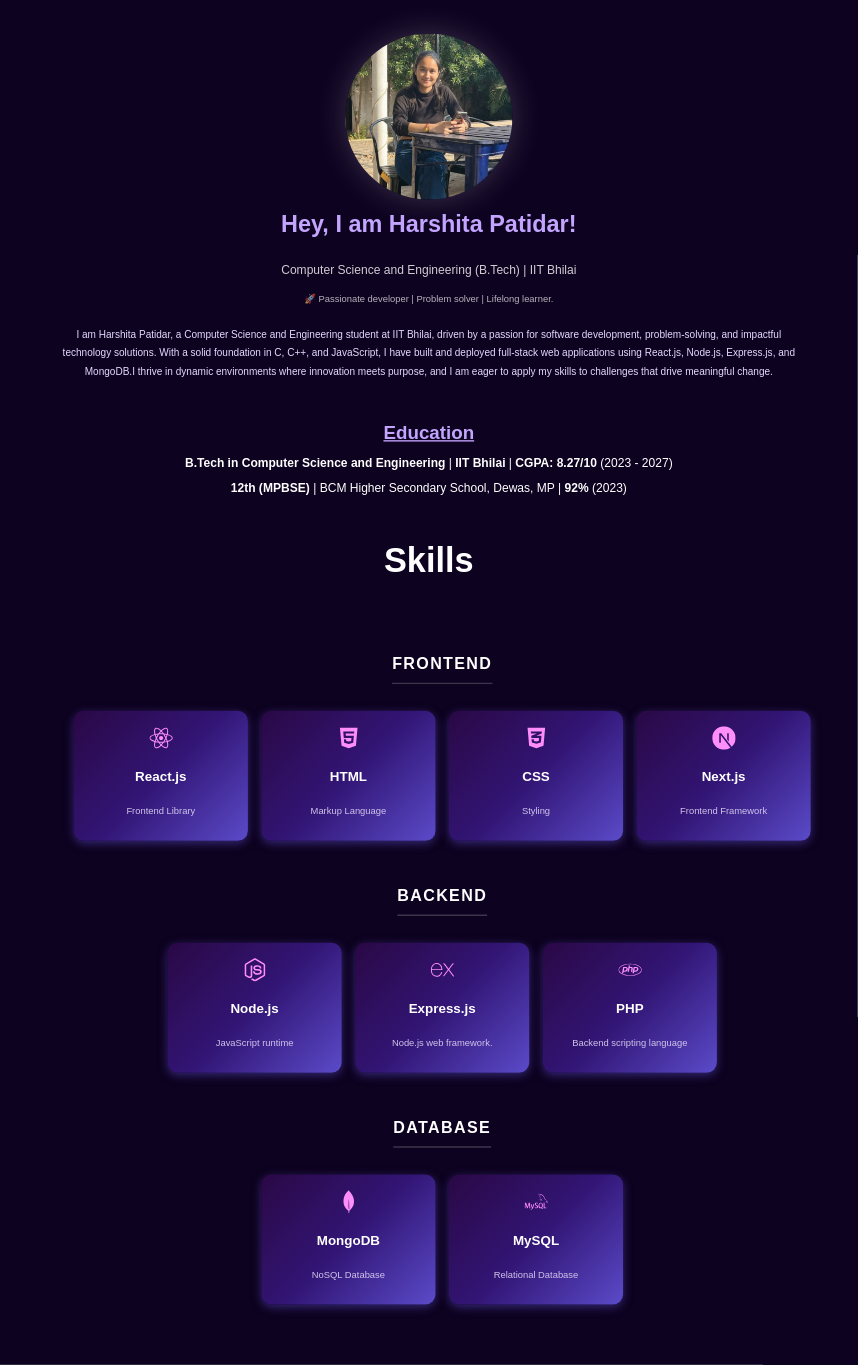
Repository: harshitap1305/Portfolio
Page: /
The author's editor kept a copy of each file at every save. The page is drawn from the files as they stood at one save, then again after the next save.
The browser window is 1280 px wide. The pictures show the whole page, at 67% of full size.
The project was rebuilt for these pictures with package versions that can differ from the ones it lists, and the page was loaded fresh each time. Also part of the build but not shown: vite.config.js.

Above is the page before, as saved 2025-03-27 19:21:04.

After the next save:
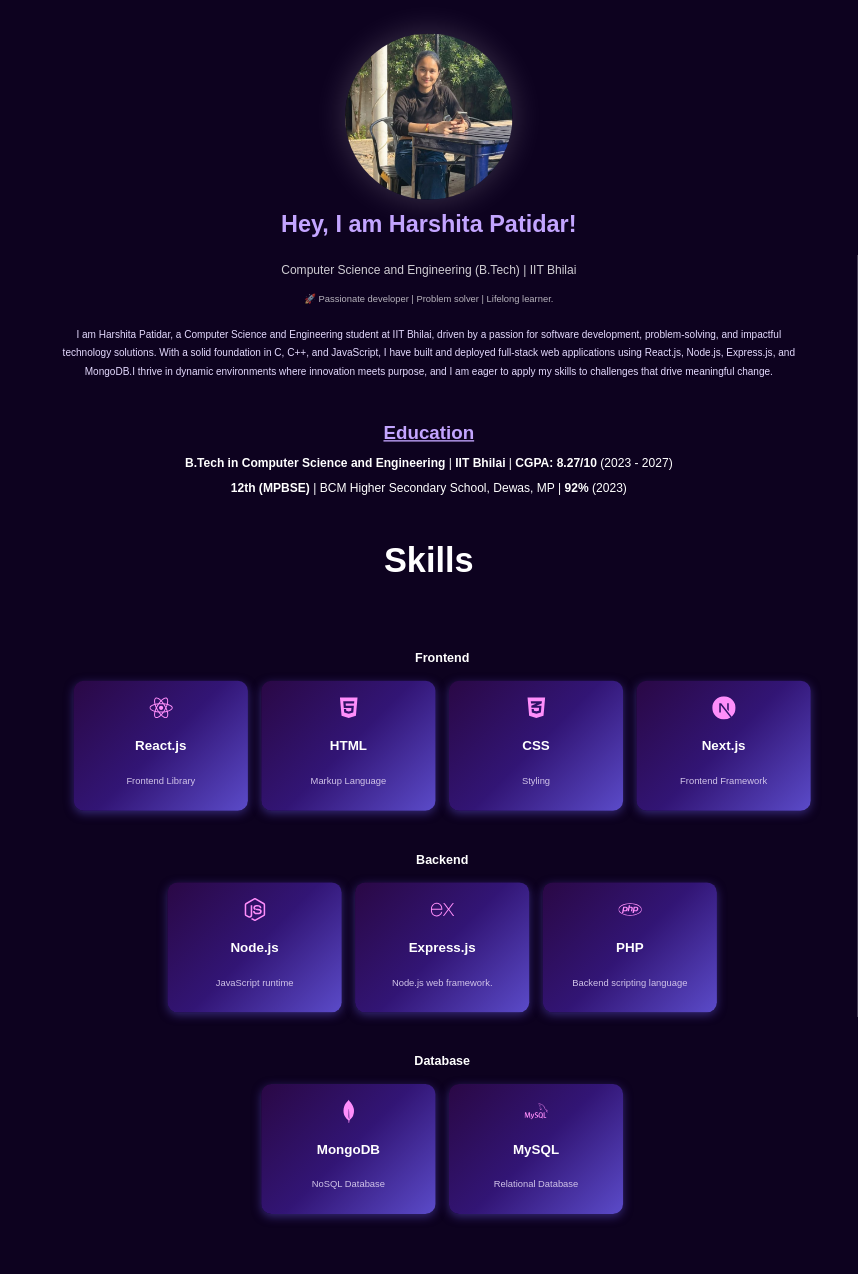
Saved 33 s later.
--- a/src/App.css
+++ b/src/App.css
@@ -111,7 +111,7 @@
   justify-content: center;
 }
 
-.skill-category {
+.skill-category, {
   font-size: 24px;
   font-weight: bold;
   color: #fff;

After the 2 saves that followed:
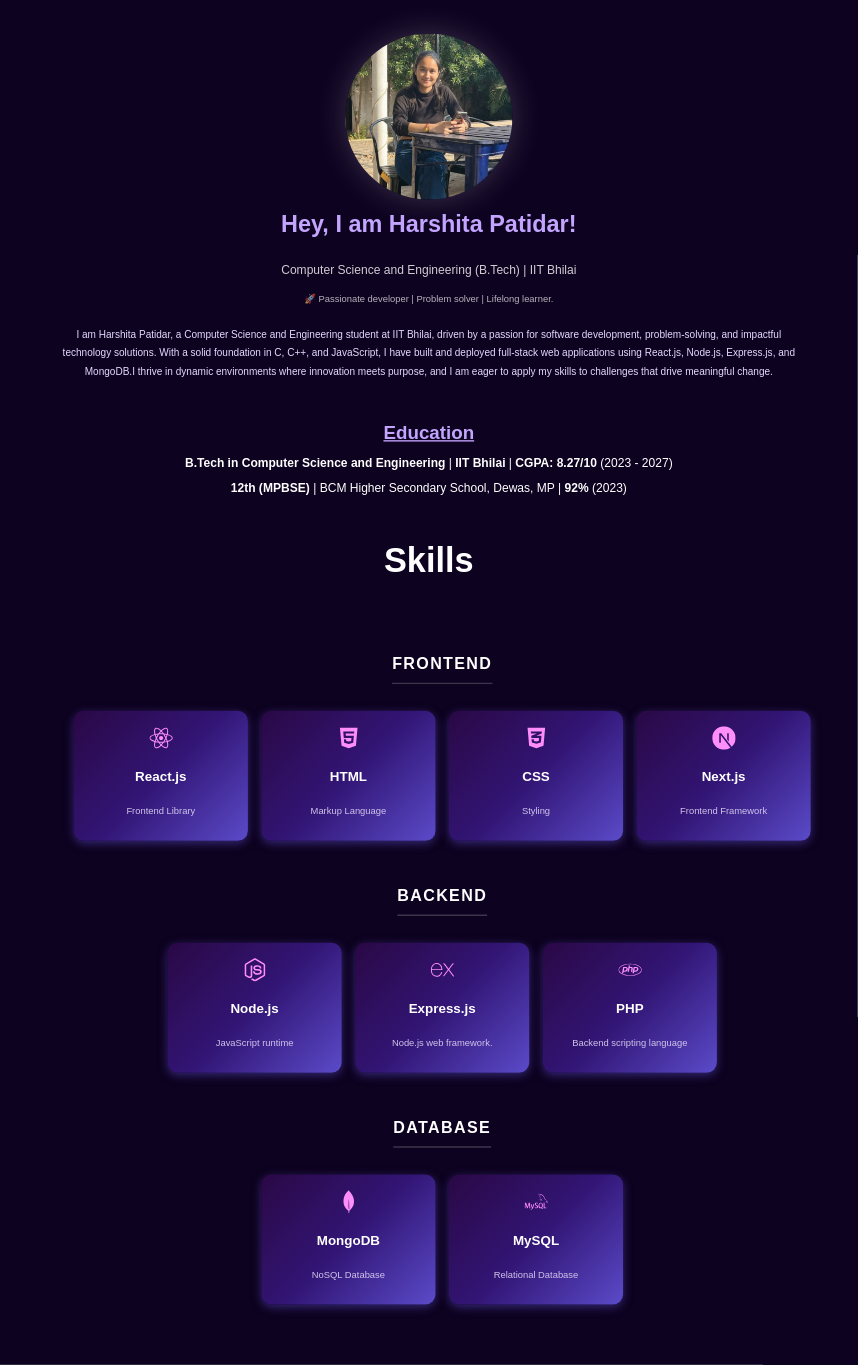
The 2 saves are shown as one change because they came seconds apart.
The last was saved 17 s later.
--- a/src/App.css
+++ b/src/App.css
@@ -111,7 +111,7 @@
   justify-content: center;
 }
 
-.skill-category, {
+.skill-category,ski {
   font-size: 24px;
   font-weight: bold;
   color: #fff;
